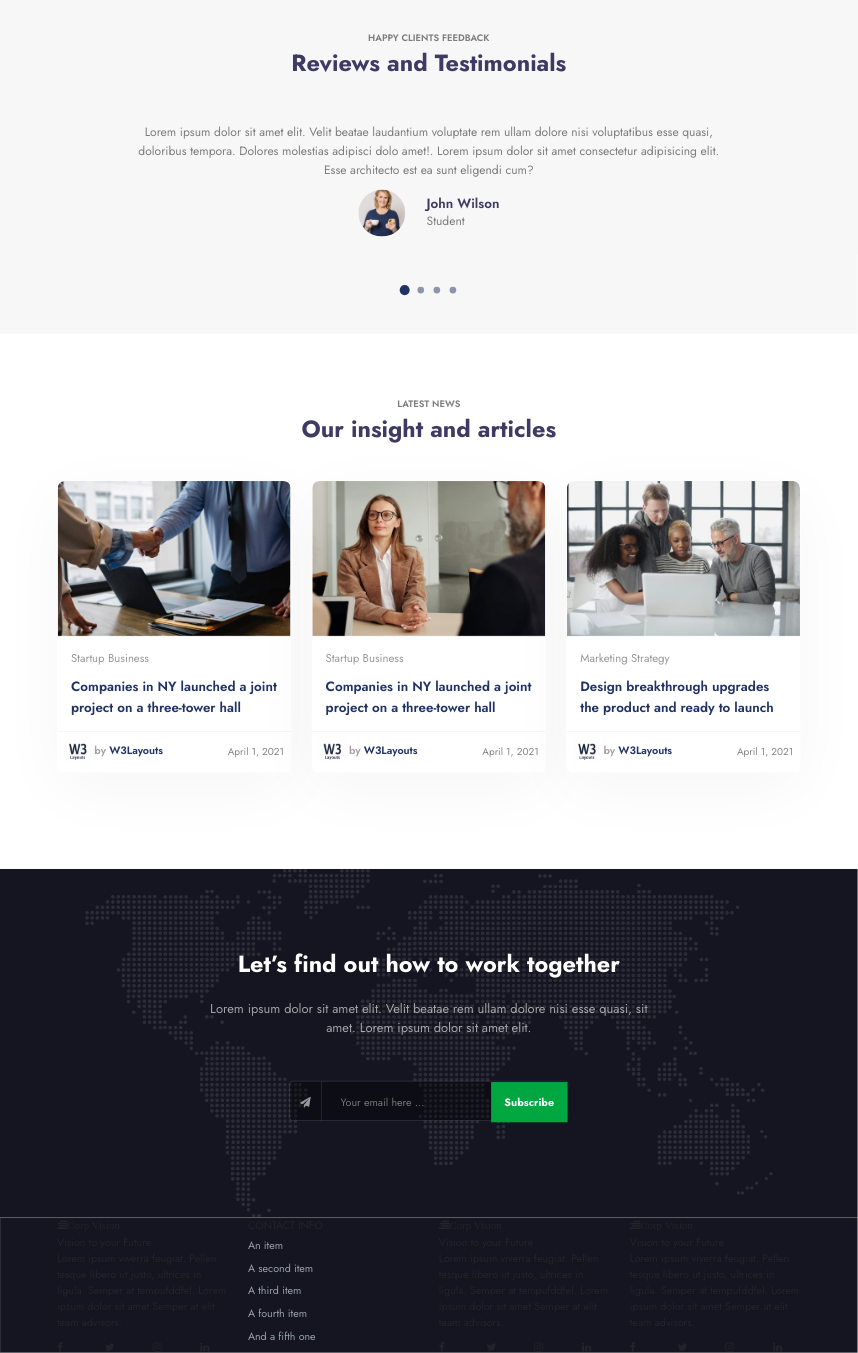
Repository: khaipnp/corpvision
Page: index.html
An editor plug-in stored every save of this project. The page is shown before and after the next save, followed by the edit.
The browser window is 1280 px wide. The pictures show the whole page, at 67% of full size.

Above is the page before, as saved 2021-07-04 12:49:17.

### index.html
<!DOCTYPE html>
<html lang="en">
  <head>
    <meta charset="UTF-8" />
    <meta http-equiv="X-UA-Compatible" content="IE=edge" />
    <meta name="viewport" content="width=device-width, initial-scale=1.0" />
    <title>Corpvision</title>
    <meta name="description" content="Corpvision Website" />
    <!-- FONT-GOOGLE -->
    <link rel="preconnect" href="https://fonts.gstatic.com" />
    <link
      href="https://fonts.googleapis.com/css2?family=Jost:ital,wght@0,100;0,200;0,300;0,400;0,500;0,600;0,700;0,800;0,900;1,400&display=swap"
      rel="stylesheet"
    />
    <!-- FONT-AWSOME -->
    <link
      rel="stylesheet"
      href="https://cdnjs.cloudflare.com/ajax/libs/font-awesome/5.15.3/css/all.min.css"
      integrity="sha512-iBBXm8fW90+nuLcSKlbmrPcLa0OT92xO1BIsZ+ywDWZCvqsWgccV3gFoRBv0z+8dLJgyAHIhR35VZc2oM/gI1w=="
      crossorigin="anonymous"
      referrerpolicy="no-referrer"
    />
    <link rel="stylesheet" href="./css/font-awesome.min.css" />
    <!-- OWL CAROUSEL -->
    <link
      rel="stylesheet"
      href="https://cdnjs.cloudflare.com/ajax/libs/OwlCarousel2/2.3.4/assets/owl.carousel.min.css"
      integrity="sha512-tS3S5qG0BlhnQROyJXvNjeEM4UpMXHrQfTGmbQ1gKmelCxlSEBUaxhRBj/EFTzpbP4RVSrpEikbmdJobCvhE3g=="
      crossorigin="anonymous"
      referrerpolicy="no-referrer"
    />
    <link
      rel="stylesheet"
      href="https://cdnjs.cloudflare.com/ajax/libs/OwlCarousel2/2.3.4/assets/owl.theme.default.css"
      integrity="sha512-OTcub78R3msOCtY3Tc6FzeDJ8N9qvQn1Ph49ou13xgA9VsH9+LRxoFU6EqLhW4+PKRfU+/HReXmSZXHEkpYoOA=="
      crossorigin="anonymous"
      referrerpolicy="no-referrer"
    />
    <!-- BOOTSTRAP -->
    <link
      rel="stylesheet"
      href="https://cdn.jsdelivr.net/npm/bootstrap@4.6.0/dist/css/bootstrap.min.css"
      integrity="sha384-B0vP5xmATw1+K9KRQjQERJvTumQW0nPEzvF6L/Z6nronJ3oUOFUFpCjEUQouq2+l"
      crossorigin="anonymous"
    />
    <!-- MAIN CSS -->
    <link rel="stylesheet" href="./css/main.css" />
  </head>
  <body>
    <header></header>
    <section class="feedback">
      <div class="feedback__content py-5">
        <div class="container">
          <h5 class="small-title col-12 text-center">Happy clients Feedback</h5>
          <h3 class="big-title col-12 text-center">Reviews and Testimonials</h3>
          <div class="testimonials owl-carousel owl-theme">
            <div class="testimonials__item">
              <p class="text-center col-12">
                Lorem ipsum dolor sit amet elit. Velit beatae laudantium
                voluptate rem ullam dolore nisi voluptatibus esse quasi,
                doloribus tempora. Dolores molestias adipisci dolo amet!. Lorem
                ipsum dolor sit amet consectetur adipisicing elit. Esse
                architecto est ea sunt eligendi cum?
              </p>
              <div
                class="
                  testimonials__desc
                  row
                  align-items-center
                  justify-content-center
                "
              >
                <div class="avatar mr-3">
                  <img src="./img/team1.jpg" alt="team 1" />
                </div>
                <div class="name ml-3">
                  <h3>John Wilson</h3>
                  <p>Student</p>
                </div>
              </div>
            </div>
            <div class="testimonials__item">
              <p class="text-center col-12">
                Lorem ipsum dolor sit amet elit. Velit beatae laudantium
                voluptate rem ullam dolore nisi voluptatibus esse quasi,
                doloribus tempora. Dolores molestias adipisci dolo amet!. Lorem
                ipsum dolor sit amet consectetur adipisicing elit. Esse
                architecto est ea sunt eligendi cum?
              </p>
              <div
                class="
                  testimonials__desc
                  row
                  align-items-center
                  justify-content-center
                "
              >
                <div class="avatar mr-3">
                  <img src="./img/team2.jpg" alt="team 2" />
                </div>
                <div class="name ml-3">
                  <h3>Julia Sakura</h3>
                  <p>Student</p>
                </div>
              </div>
            </div>
            <div class="testimonials__item">
              <p class="text-center col-12">
                Lorem ipsum dolor sit amet elit. Velit beatae laudantium
                voluptate rem ullam dolore nisi voluptatibus esse quasi,
                doloribus tempora. Dolores molestias adipisci dolo amet!. Lorem
                ipsum dolor sit amet consectetur adipisicing elit. Esse
                architecto est ea sunt eligendi cum?
              </p>
              <div
                class="
                  testimonials__desc
                  row
                  align-items-center
                  justify-content-center
                "
              >
                <div class="avatar mr-3">
                  <img src="./img/team3.jpg" alt="team 3" />
                </div>
                <div class="name ml-3">
                  <h3>Roy Linderson</h3>
                  <p>Student</p>
                </div>
              </div>
            </div>
            <div class="testimonials__item">
              <p class="text-center col-12">
                Lorem ipsum dolor sit amet elit. Velit beatae laudantium
                voluptate rem ullam dolore nisi voluptatibus esse quasi,
                doloribus tempora. Dolores molestias adipisci dolo amet!. Lorem
                ipsum dolor sit amet consectetur adipisicing elit. Esse
                architecto est ea sunt eligendi cum?
              </p>
              <div
                class="
                  testimonials__desc
                  row
                  align-items-center
                  justify-content-center
                "
              >
                <div class="avatar mr-3">
                  <img src="./img/team4.jpg" alt="team 4" />
                </div>
                <div class="name ml-3">
                  <h3>Smith Johnson</h3>
                  <p>Student</p>
                </div>
              </div>
            </div>
          </div>
        </div>
      </div>
    </section>
    <section class="news py-5">
      <div class="news__content py-5">
        <div class="container">
          <h5 class="small-title col-12 text-center">LATEST NEWS</h5>
          <h3 class="big-title col-12 text-center">Our insight and articles</h3>
          <div class="row py-5">
            <div class="news__item col-md-6 col-lg-4">
              <div class="news__card">
                <div class="card__thumbnail p-0 position-relative">
                  <img src="./img/blog1.jpg" alt="blog 1" />
                </div>
                <div class="card__content">
                  <p>Startup Business</p>
                  <a href="#">Companies in NY launched a joint project on a three-tower
                    hall</a>
                </div>
                <div class="card__footer">
                  <span><img src="./img/icon.jpeg" alt="" /> by <a href="#">W3Layouts</a></span>
                  <p>April 1, 2021</p>
                </div>
              </div>
            </div>
            <div class="news__item col-md-6 col-lg-4">
              <div class="news__card">
                <div class="card__thumbnail p-0 position-relative">
                  <img src="./img/blog2.jpg" alt="blog 1" />
                </div>
                <div class="card__content">
                  <p>Startup Business</p>
                  <a href="#">Companies in NY launched a joint project on a three-tower
                    hall</a>
                </div>
                <div class="card__footer">
                  <span><img src="./img/icon.jpeg" alt="" /> by <a href="#">W3Layouts</a></span>
                  <p>April 1, 2021</p>
                </div>
              </div>
            </div>
            <div class="news__item col-md-6 col-lg-4">
              <div class="news__card">
                <div class="card__thumbnail p-0 position-relative">
                  <img src="./img/blog3.jpg" alt="blog 1" />
                </div>
                <div class="card__content">
                  <p>Marketing Strategy</p>
                  <a href="#">Design breakthrough upgrades the product and ready to launch</a>
                </div>
                <div class="card__footer">
                  <span><img src="./img/icon.jpeg" alt="" /> by <a href="#">W3Layouts</a></span>
                  <p>April 1, 2021</p>
                </div>
              </div>
            </div>
          </div>
        </div>
      </div>
    </section>
    <div class="subscribe py-5">
      <div class="container">
        <div class="sub__box my-5 mx-auto align-items-center justify-content-center">
          <h3 class="big-title py-4 col-12 text-center">Let’s find out how to work together<h3>
          <p class="col-12 text-center">Lorem ipsum dolor sit amet elit. Velit beatae rem ullam dolore nisi esse quasi, sit amet. Lorem ipsum dolor sit amet elit.</p>
          <div class="input__email justify-content-center py-5">
            <form>
              <i class="fa fa-paper-plane"></i>
              <input type="email" placeholder="Your email here ...">
              <button>Subscribe</button>
            </form>
          </div>
        </div>
      </div>
    </div>
    <footer>
      <div class="footer__info container">
        <div class="row">
          <div class="footer__content col-3">
            <i class="fa fa-align-right">Corp Vision</i>
            <div class="slogan">Vision to your Future</div>
            <p>Lorem ipsum viverra feugiat. Pellen tesque libero ut justo, ultrices in ligula. Semper at tempufddfel. Lorem ipsum dolor sit amet Semper at elit team advisors.</p>
            <div class="social__network row justify-content-start">
              <i class="fa fa-facebook col-3"></i>
              <i class="fa fa-twitter col-3"></i>
              <i class="fa fa-instagram col-3"></i>
              <i class="fa fa-linkedin col-3"></i>
            </div>
          </div>
          <div class="footer__content col-3">
            CONTACT INFO
            <ul class="list-group list-group-flush">
              <li class="list-group-item">An item</li>
              <li class="list-group-item">A second item</li>
              <li class="list-group-item">A third item</li>
              <li class="list-group-item">A fourth item</li>
              <li class="list-group-item">And a fifth one</li>
            </ul>
          </div>
          <div class="footer__content col-3">
            <i class="fa fa-align-right">Corp Vision</i>
            <div class="slogan">Vision to your Future</div>
            <p>Lorem ipsum viverra feugiat. Pellen tesque libero ut justo, ultrices in ligula. Semper at tempufddfel. Lorem ipsum dolor sit amet Semper at elit team advisors.</p>
            <div class="social__network row justify-content-start">
              <i class="fa fa-facebook col-3"></i>
              <i class="fa fa-twitter col-3"></i>
              <i class="fa fa-instagram col-3"></i>
              <i class="fa fa-linkedin col-3"></i>
            </div>
          </div>
          <div class="footer__content col-3">
            <i class="fa fa-align-right">Corp Vision</i>
            <div class="slogan">Vision to your Future</div>
            <p>Lorem ipsum viverra feugiat. Pellen tesque libero ut justo, ultrices in ligula. Semper at tempufddfel. Lorem ipsum dolor sit amet Semper at elit team advisors.</p>
            <div class="social__network row justify-content-start">
              <i class="fa fa-facebook col-3"></i>
              <i class="fa fa-twitter col-3"></i>
              <i class="fa fa-instagram col-3"></i>
              <i class="fa fa-linkedin col-3"></i>
            </div>
          </div>
        </div>
      </div>
    </footer>
    <!-- SCRIPT -->
    <!-- BOOTSTRAP -->
    <script
      src="https://cdnjs.cloudflare.com/ajax/libs/jquery/3.6.0/jquery.js"
      integrity="sha512-n/4gHW3atM3QqRcbCn6ewmpxcLAHGaDjpEBu4xZd47N0W2oQ+6q7oc3PXstrJYXcbNU1OHdQ1T7pAP+gi5Yu8g=="
      crossorigin="anonymous"
      referrerpolicy="no-referrer"
    ></script>
    <script
      src="https://cdn.jsdelivr.net/npm/bootstrap@4.6.0/dist/js/bootstrap.bundle.min.js"
      integrity="sha384-Piv4xVNRyMGpqkS2by6br4gNJ7DXjqk09RmUpJ8jgGtD7zP9yug3goQfGII0yAns"
      crossorigin="anonymous"
    ></script>
    <!-- OWL CAROUSEL -->
    <script src="./js/owl.carousel.min.js"></script>
    <script>
      $(document).ready(function () {
        $(".owl-carousel").owlCarousel({
          navigation: false,
          slideSpeed: 300,
          paginationSpeed: 400,
          singleItem: true,
          items: 1,
          // itemsDesktop : false,
          // itemsDesktopSmall : false,
          // itemsTablet: false,
          // itemsMobile : false
        });
      });
    </script>
  </body>
</html>

### css/main.css
* {
  padding: 0;
  margin: 0;
  box-sizing: border-box;
}

html,
body {
  font-family: "Jost", sans-serif;
  background: #fff;
}

.small-title {
  color: #7e7d7d;
  font-size: 14px;
  font-weight: 600;
  text-transform: uppercase;
}

.big-title {
  color: #3f3a64;
  font-size: 35px;
  font-weight: 700;
}

/* FEEDBACK */
.feedback {
  background-color: #f7f7f7;
}

.testimonials__item {
  margin: 60px auto;
  display: block;
  max-width: 900px;
  height: auto;
}

.testimonials__item p {
  color: #7e7d7d;
  font-size: 18px;
  line-height: 28px;
}

.testimonials__desc .avatar {
  width: 70px;
  height: 70px;
  overflow: hidden;
  border-radius: 50%;
}

.testimonials__desc .avatar img {
  width: 100%;
  height: 100%;
  object-fit: cover;
}

.name h3 {
  font-size: 20px;
  margin: 0;
  font-weight: 600;
  color: #3f3a64;
}
.name p {
  font-style: normal;
  margin-bottom: 0;
}

.owl-theme .owl-dots .owl-dot.active span,
.owl-theme .owl-dots .owl-dot span {
  background: rgba(33, 51, 100, 0.5);
  transform: scale(1);
  transition: all 0.5s;
}

.owl-theme .owl-dots .owl-dot.active span,
.owl-theme .owl-dots .owl-dot:hover span {
  background: #213364 !important;
  transform: scale(1.5);
}

/* NEWS */
.news__card {
  background-color: #fff;
  box-shadow: 0 25px 98px 0 rgb(0 0 0 / 4%);
  border: 1px solid transparent;
  border-radius: 10px;
}

.card__thumbnail {
  overflow: hidden;
  border-radius: 10px 10px 0 0;
}

.card__thumbnail img {
  width: 100%;
  border-radius: 10px 10px 0 0;
  object-fit: cover;
  cursor: pointer;
  transition: all 0.5s;
}

.card__thumbnail img:hover {
  transform: scale(1.15);
}

.card__content {
  padding: 20px;
}

.card__content p {
  color: #999;
  font-size: 17px;
  font-weight: 400;
}

.card__content a {
  text-decoration: none;
  color: #213364;
  font-size: 20px;
  font-weight: 600;
  transition: all 0.5s;
  cursor: pointer;
}

.card__content a:hover {
  color: #00a63f;
}

.card__footer {
  display: flex;
  justify-content: space-between;
  align-items: center;
  border-top: 1px solid rgba(126, 125, 125, 0.1);
  padding: 10px;
}

.card__footer a {
  color: #213364;
  font-size: 1rem;
  font-weight: 600;
  cursor: pointer;
  transition: all 0.5s;
  text-decoration: none;
}

.card__footer a:hover {
  color: #00a63f;
}

.card__footer img {
  cursor: pointer;
}

.card__footer span {
  color: rgb(102, 102, 102, 0.6);
  font-weight: 600;
}

.card__footer p {
  margin-bottom: 0;
  font-size: 15px;
  color: rgb(102, 102, 102, 0.8);
}

/* SUBCRIBE */
.subscribe {
  background-image: url(../img/map.png);
  background-color: #151421;
  background-size: contain;
  background-repeat: no-repeat;
  background-position: center;
}

.sub__box {
  max-width: 700px;
}

.sub__box .big-title {
  color: #fff;
}

.sub__box p {
  font-size: 1.2rem;
  color: rgba(255, 255, 255, 0.6);
  line-height: 1.5;
  font-weight: 400;
}

.input__email {
  display: flex;
}

.input__email form {
  border: 1px solid rgb(255, 255, 255, 0.15);
  border-radius: 5px;
  height: 60px;
  background: rgb(0, 0, 0, 0.35);
  max-width: 550px;
}

.input__email input {
  color: #999;
  padding: 20px 20px;
  border: none;
  font-size: 1rem;
  outline: none;
  background: none;
}

.input__email button {
  background-color: #00a63f;
  color: #fff;
  height: 60px;
  padding: 0 20px;
  border: none;
  font-size: 1rem;
  font-weight: 700;
  line-height: 60px;
  text-align: center;
}

.input__email i {
  text-align: center;
  color: #999;
  font-size: 1rem;
  border-right: 1px solid rgb(255, 255, 255, 0.15);
  line-height: 60px;
  padding: 0 15px;
}

/* FOOTER */

footer {
  background-color: #151421;
  border: 1px solid rgb(255, 255, 255, 0.15);
}

.footer__content .list-group-item {
  background-color: transparent !important;
  padding: 5px 0 !important;
  color: #97a1a9;
  border: none !important;
}

Loaded but not shown: css/font-awesome.min.css (library); js/owl.carousel.min.js (library)

After the next save:
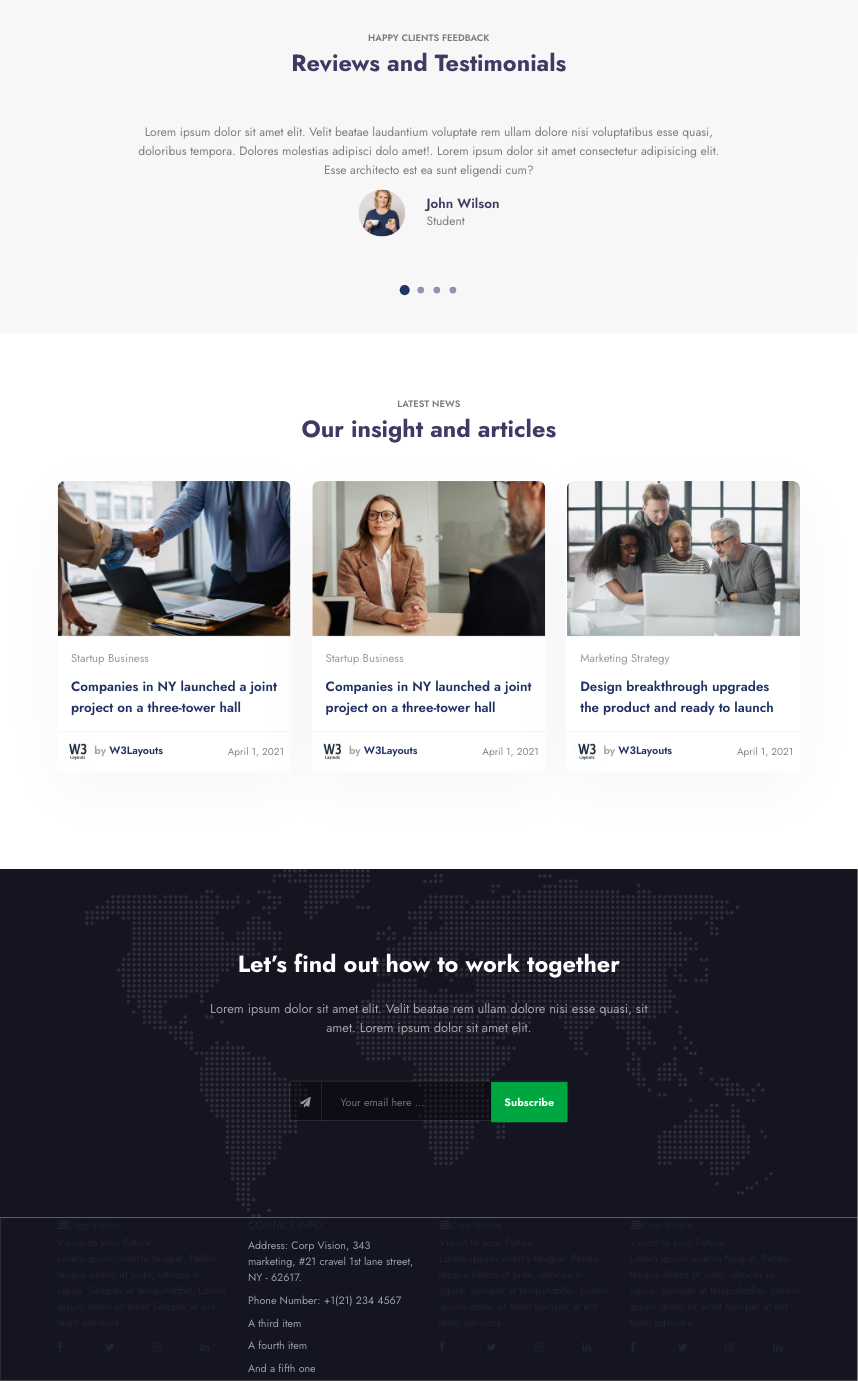
Saved 45 s later.
--- a/index.html
+++ b/index.html
@@ -247,8 +247,8 @@
           <div class="footer__content col-3">
             CONTACT INFO
             <ul class="list-group list-group-flush">
-              <li class="list-group-item">An item</li>
-              <li class="list-group-item">A second item</li>
+              <li class="list-group-item">Address: Corp Vision, 343 marketing, #21 cravel 1st lane street, NY - 62617.</li>
+              <li class="list-group-item">Phone Number: +1(21) 234 4567</li>
               <li class="list-group-item">A third item</li>
               <li class="list-group-item">A fourth item</li>
               <li class="list-group-item">And a fifth one</li>
